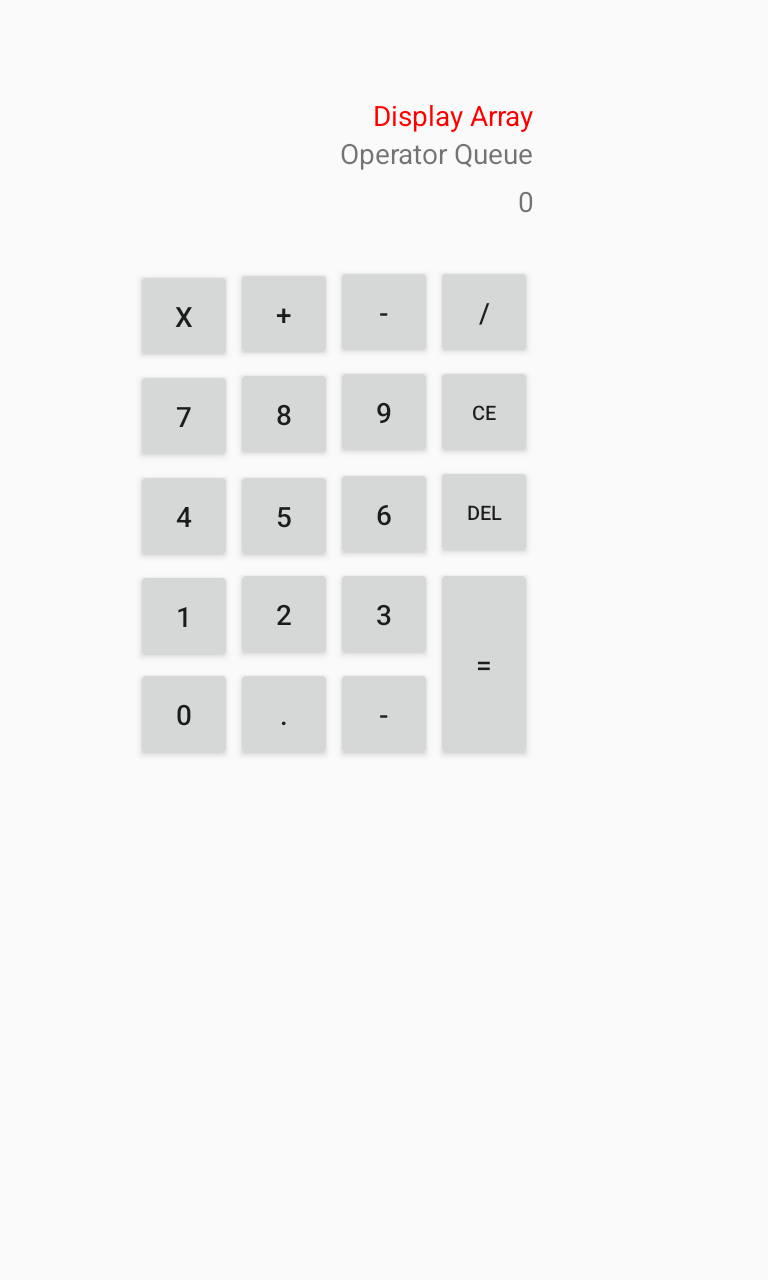
Repository: expensivecow/Calculator
Layout: Calculator_Implementation/res/layout/activity_main.xml
The author's editor kept a copy of each file at every save. The layout is drawn from the files as they stood at one save, then again after the next save.
It is drawn on a 768 x 1280 px phone screen (xhdpi) without system bars, with theme AppTheme; the app's code is not run.

Above is the layout before, as saved 2014-10-08 19:02:58.

After the next save:
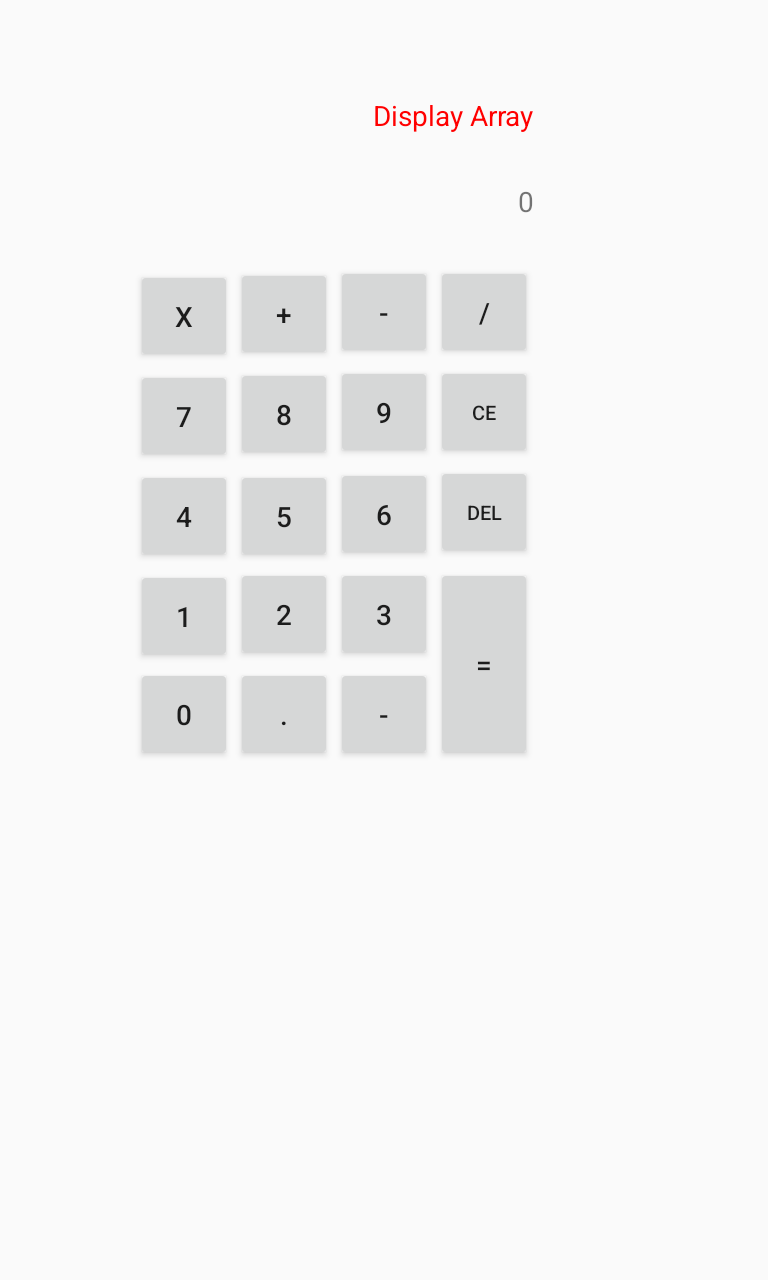
Saved 13 s later.
--- a/Calculator_Implementation/res/layout/activity_main.xml
+++ b/Calculator_Implementation/res/layout/activity_main.xml
@@ -196,6 +196,7 @@
         android:layout_height="wrap_content"
         android:layout_alignRight="@+id/DisplayResult"
         android:layout_below="@+id/DisplayArray"
+        android:textColor="#FFFF00" />
         android:text="@string/Operators" />
 
 </RelativeLayout>
